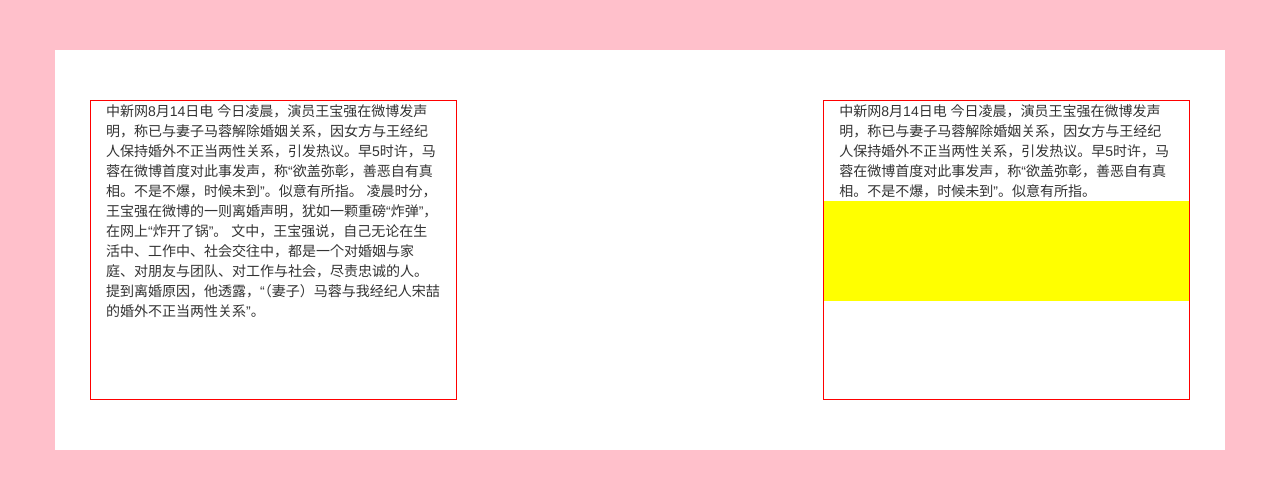
Repository: linkosong/mine
Page: workspaces/activity/src/main/webapp/WEB-INF/index.html
These files come from the project's save history. The page is drawn as it stood at one moment and after the next save; the edit follows.
The browser window is 1280 px wide. The pictures show the whole page.

Above is the page before, as saved 2016-11-15 10:37:29.

### workspaces/activity/src/main/webapp/WEB-INF/index.html
<!DOCTYPE HTML>
<html>
	<head>
		<meta http-equiv="X-UA-Compatible" content="IE=edge"><!--  IE浏览器9.0全都支持 ，的核心配置意思是与bootstrap交融，正常使用  -->
		<meta name="viewport" charset="utf-8"  content="device=device-width,initoal-scale=1"><!--  合适图框的大小，缩放的比例 ，支持pc端，移动端     -->
		<title>Bootstrap基础入门</title>
		<link rel="stylesheet" href="bootstrap/css/bootstrap.min.css" type="text/css"></link>
		<script type="text/javascript" src="bootstrap/js/jquery-3.1.1.min.js"></script>
		<script type="text/javascript" src="bootstrap/js/bootstrap.min.js"></script>
	</head>

	<body style="padding: 50px; background-color: pink">
		<div class="container" style="padding: 50px; background-color: #fff"> <!-- container : 表示的是文字或内容到边框的自动调整       -->

			<div class="row">
				<div class="col-md-4 " style="border:1px solid red;height:300px"> <!--  col-md-* :表示的是所适应的屏幕
				                                                                        col-后跟sm用于手机端， xs用于平板 ， md用于电脑 ，lg用于大屏幕
				                                                                                                                                                                                                                        默认的是一行十二列
				                                                                     -->

					中新网8月14日电
					今日凌晨，演员王宝强在微博发声明，称已与妻子马蓉解除婚姻关系，因女方与王经纪人保持婚外不正当两性关系，引发热议。早5时许，马蓉在微博首度对此事发声，称“欲盖弥彰，善恶自有真相。不是不爆，时候未到”。似意有所指。
					凌晨时分，王宝强在微博的一则离婚声明，犹如一颗重磅“炸弹”，在网上“炸开了锅”。
					文中，王宝强说，自己无论在生活中、工作中、社会交往中，都是一个对婚姻与家庭、对朋友与团队、对工作与社会，尽责忠诚的人。提到离婚原因，他透露，“（妻子）马蓉与我经纪人宋喆的婚外不正当两性关系”。
				</div>
				<!-- col-md-offset-4  向右偏移4个栅     页面一共12个栅-->
				<div class="col-md-4 col-md-offset-4" style="border:1px solid red;height:300px">
					中新网8月14日电
					今日凌晨，演员王宝强在微博发声明，称已与妻子马蓉解除婚姻关系，因女方与王经纪人保持婚外不正当两性关系，引发热议。早5时许，马蓉在微博首度对此事发声，称“欲盖弥彰，善恶自有真相。不是不爆，时候未到”。似意有所指。
<!-- 				嵌套栅格系统  一个新的栅格布局-->
					<div class="row">
						<div class="col-md-6" style="height:100px;background-color:yellow;"></div>
						<div class="col-md-6"  style="height:100px;background-color:yellow;"></div>
					</div>
				</div>

		</div>
	</div>
	</body>
</html>

Loaded but not shown: workspaces/activity/src/main/webapp/bootstrap/css/bootstrap.min.css (library); workspaces/activity/src/main/webapp/bootstrap/js/jquery-3.1.1.min.js (library); workspaces/activity/src/main/webapp/bootstrap/js/bootstrap.min.js (library)

After the next save:
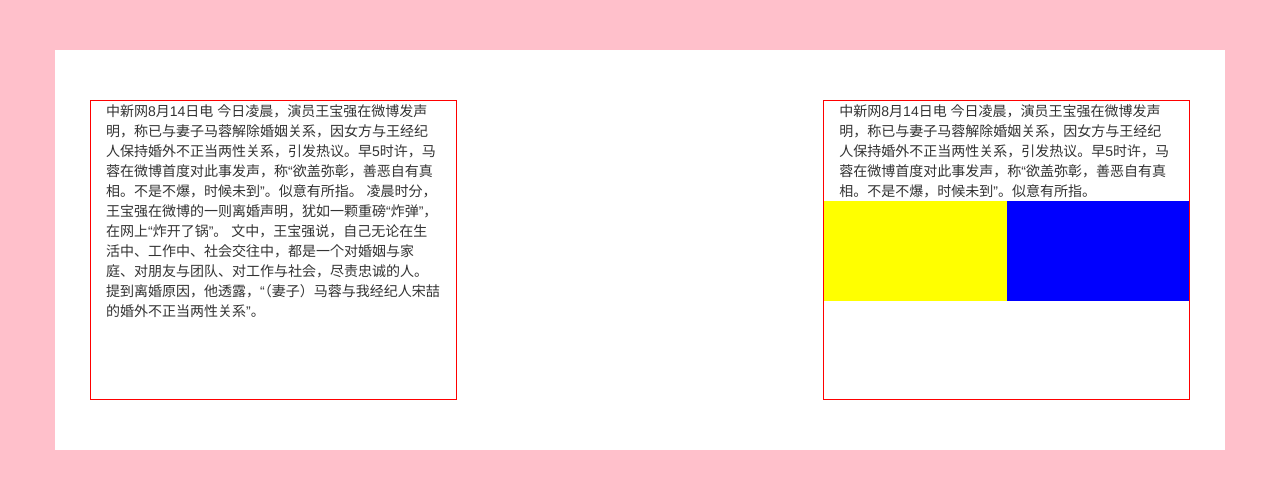
Saved 17 s later.
--- a/workspaces/activity/src/main/webapp/WEB-INF/index.html
+++ b/workspaces/activity/src/main/webapp/WEB-INF/index.html
@@ -30,7 +30,7 @@
 <!-- 				嵌套栅格系统  一个新的栅格布局-->
 					<div class="row">
 						<div class="col-md-6" style="height:100px;background-color:yellow;"></div>
-						<div class="col-md-6"  style="height:100px;background-color:yellow;"></div>
+						<div class="col-md-6"  style="height:100px;background-color:blue;"></div>
 					</div>
 				</div>
 
